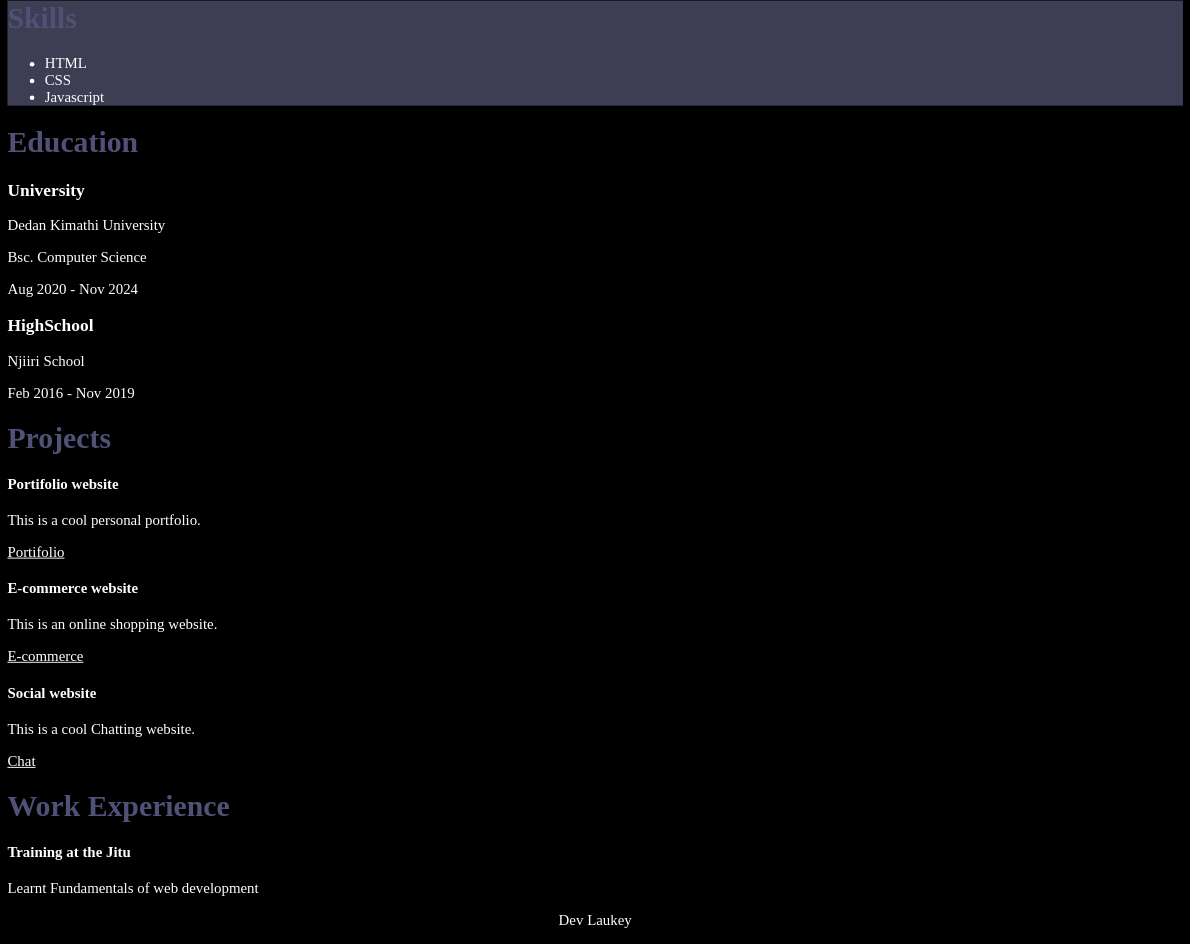
Repository: LaukeyMwaura/Jitu-Day-2
Page: index.html
An editor plug-in stored every save of this project. The page is shown before and after the next save, followed by the edit.
The browser window is 1280 px wide. The pictures show the part of the page from y = 762 to 1844 px (the page is 1777 px tall before and 1844 px after), at 93% of full size.
A picture or video elsewhere on the page could not be fetched, so the positions and the page height are approximate.

Above is the page before, as saved 2022-05-11 14:38:14.

### index.html
<!DOCTYPE html>
<html lang="en">
  <head>
    <meta charset="UTF-8" />
    <meta http-equiv="X-UA-Compatible" content="IE=edge" />
    <meta name="viewport" content="width=device-width, initial-scale=1.0" />
    <title>First Site</title>
    <link rel="stylesheet" href="./style.css">
  </head>
  <body>
    <nav>
      <ul style="list-style-type: circle">
        <li><a href="#about">About </a></li>
        <li><a href="#skills">Skills </a></li>
        <li><a href="#education">Education </a></li>
        <li><a href="#projects">Projects </a></li>
        <li><a href="#work">Work </a></li>
      </ul>
    </nav>
    <div class="about" id="about">
      <h1 class="about">About Me</h1>
      <p>I am a software developer trainee.</p>
      <img
        height="450"
        weight="450"
        src="https://devlaukey.netlify.app/uploads/me.jpeg"
        alt=""
      />
      <p>Let's connect:</p>
      <a target="_blank" href="https://devlaukey.netlify.com/">Website</a>
      <a target="_blank" href="https://www.linkedin.com/in/devlaukey/"
        >LinkedIn</a
      >
      <a target="_blank" href="https://github.com/DevLaukey">Github</a>
    </div>
    <div class="skills" id="skills" style="background-color: rgb(61, 61, 83); color: white;">
      <h1>Skills</h1>
      <ul>
        <li>HTML</li>
        <li>CSS</li>
        <li>Javascript</li>
      </ul>
    </div>
    <div class="education" id="education">
      <h1>Education</h1>
      <div class="">
        <h3>University</h3>
        <p>Dedan Kimathi University</p>
        <p>Bsc. Computer Science</p>
        <p>Aug 2020 - Nov 2024</p>
      </div>
      <div>
        <h3>HighSchool</h3>
        <p>Njiiri School</p>
        <p>Feb 2016 - Nov 2019</p>
      </div>
    </div>
    <div class="project" id="projects">
      <h1>Projects</h1>
      <div class="project" >
        <h4>Portifolio website</h4>
        <p>This is a cool personal portfolio.</p>
        <a href="https://devlaukey.netlify.app/">Portifolio</a>
      </div>
      <div class="project">
        <h4>E-commerce website</h4>
        <p>This is an online shopping website.</p>
        <a href="https://victor-100.web.app/">E-commerce</a>
      </div>
      <div class="project">
        <h4>Social website</h4>
        <p>This is a cool Chatting website.</p>
        <a href="https://messenger-clone-70550.web.app/">Chat</a>
      </div>
    </div>
    <div id="work" class="work">
      <h1>Work Experience</h1>
      <div>
        <h4>Training at the Jitu</h4>
        <p>Learnt Fundamentals of web development</p>
      </div>
    </div>
    <footer style="background-color: black; color: white; text-align: center">
      <p>Dev Laukey</p>
    </footer>
  </body>
</html>

### style.css
*{
    color: white;
}
body{
    background-color:black;
}

h1{
    color:rgb(81, 81, 119);
}
.about{
    background-color:blue;
}

After the next save:
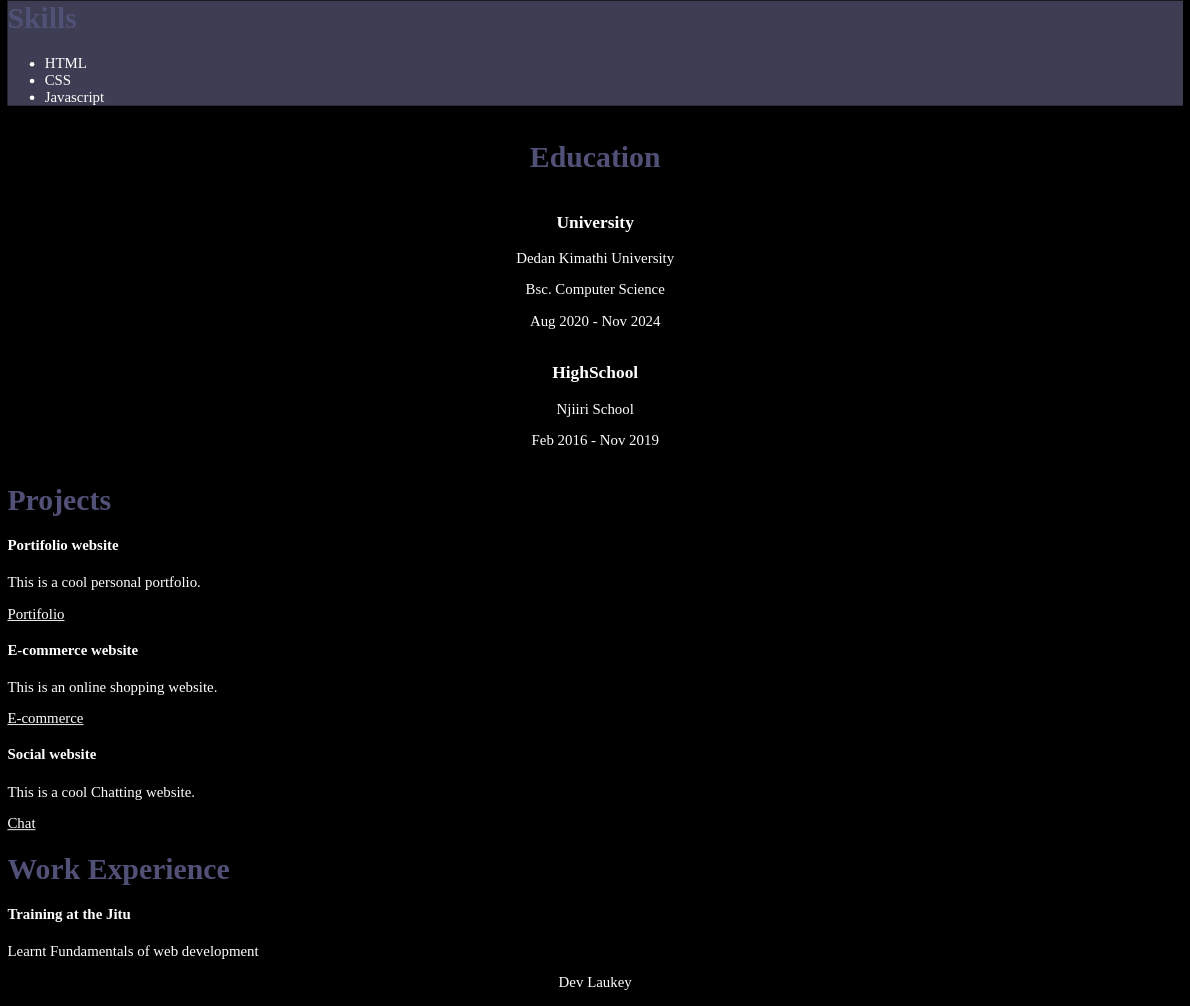
Saved 33 s later.
--- a/style.css
+++ b/style.css
@@ -11,3 +11,8 @@ h1{
 .about{
     background-color:blue;
 }
+.education{
+    text-align:center;
+    display: flex;
+    flex-direction: column;
+}
